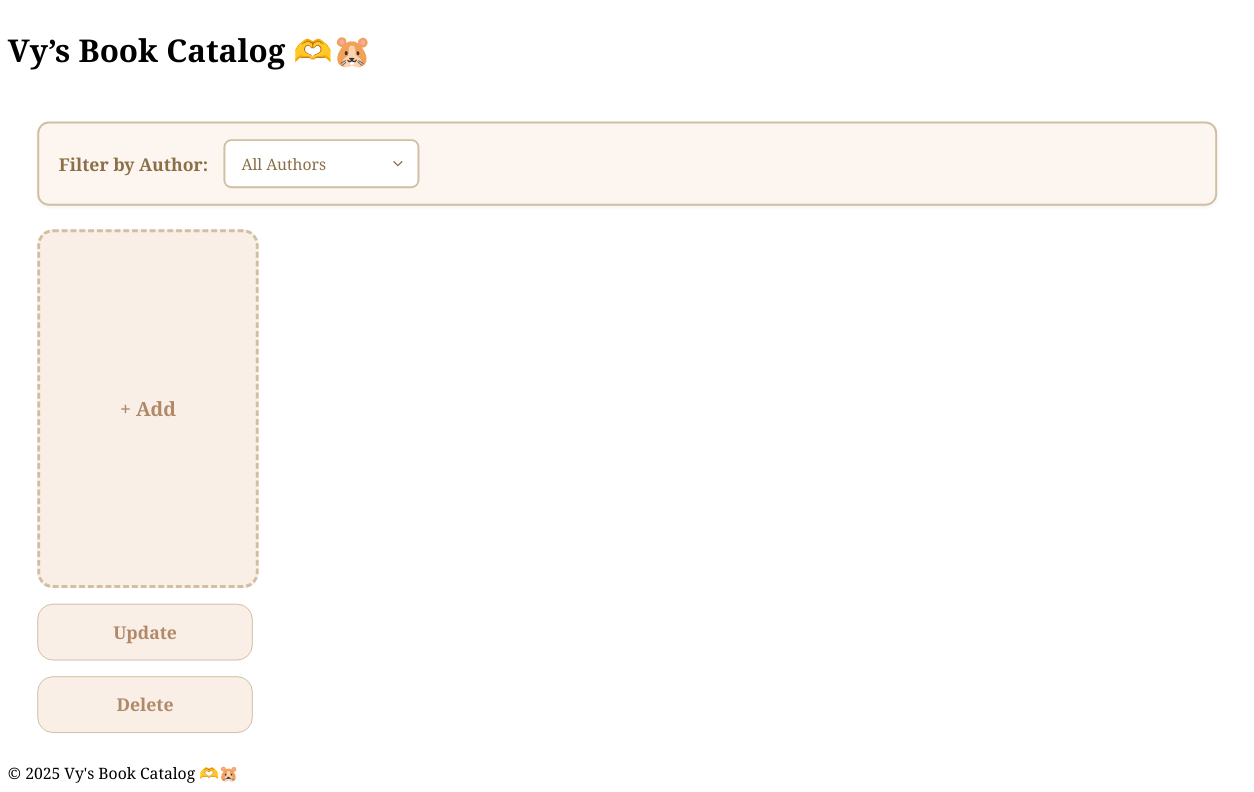
Repository: CucVyTrinh/book-catalog-v6
Page: /
These files come from the project's save history. The page is drawn as it stood at one moment and after the next save; the edit follows.
The browser window is 1280 px wide. The pictures show the whole page, at 98% of full size.
The project was rebuilt for these pictures with package versions that can differ from the ones it lists, and the page was loaded fresh each time. Also part of the build but not shown: vite.config.js, src/index.css, src/components/Book.jsx, src/components/AddBookModal.jsx, src/components/EditBookModal.jsx.

Above is the page before, as saved 2025-10-26 22:39:36.

### index.html
<!doctype html>
<html lang="en">
  <head>
    <meta charset="UTF-8" />
    <link rel="icon" type="image/svg+xml" href="/vite.svg" />
    <meta name="viewport" content="width=device-width, initial-scale=1.0" />
    <title>book-catalog-v4</title>
  </head>
  <body>
    <div id="root"></div>
    <script type="module" src="/src/main.jsx"></script>
  </body>
</html>

### src/App.jsx
import React, { useState, useEffect } from "react";
import "./App.css";

import Header from "./components/Header";
import Footer from "./components/Footer";
import LeftColumn from "./components/LeftColumn";
import BooksGrid from "./components/BooksGrid";
import AddBookModal from "./components/AddBookModal";
import EditBookModal from "./components/EditBookModal";
import FilterSection from "./components/FilterSection";

export default function App() {
  // Start empty to meet requirement: "The app should be empty of books initially."
  const [books, setBooks] = useState([]);

  const [showModal, setShowModal] = useState(false);
  const [showEditModal, setShowEditModal] = useState(false);
  const [selectedAuthor, setSelectedAuthor] = useState("");

  // Form matches the required fields in your screenshot
  const [form, setForm] = useState({
    title: "",
    author: "",
    publisher: "",
    year: "",
    language: "",
    pages: "",
    coverUrl: "",
  });

  // Load books from localStorage on component mount
  useEffect(() => {
    const savedBooks = localStorage.getItem('books');
    if (savedBooks) {
      setBooks(JSON.parse(savedBooks));
    }
  }, []);

  // Save books to localStorage whenever books change
  useEffect(() => {
    localStorage.setItem('books', JSON.stringify(books));
  }, [books]);

  const handleSelect = (clickedBook) => {
    setBooks((prev) =>
      prev.map((b) =>
        b.title === clickedBook.title
          ? { ...b, selected: !b.selected }
          : { ...b, selected: false }
      )
    );
  };

  const handleDelete = () => {
    setBooks((prev) => prev.filter((b) => !b.selected));
  };

  const handleAddBook = (e) => {
    e.preventDefault();

    const yearNum =
      String(form.year).trim() === "" ? null : Number(String(form.year).trim());
    const pagesNum =
      String(form.pages).trim() === "" ? null : Number(String(form.pages).trim());

    const newBook = {
      title: form.title.trim(),
      author: form.author.trim(),
      publisher: form.publisher.trim(),
      year: yearNum,
      language: form.language.trim(),
      pages: pagesNum,
      coverUrl:
        form.coverUrl?.trim() || "https://via.placeholder.com/150?text=Book+Cover",
      selected: false,
    };

    setBooks((prev) => [...prev, newBook]);

    setForm({
      title: "",
      author: "",
      publisher: "",
      year: "",
      language: "",
      pages: "",
      coverUrl: "",
    });
    setShowModal(false);
  };

  const handleUpdate = () => {
    const selectedBook = books.find(book => book.selected);
    if (selectedBook) {
      setForm({
        title: selectedBook.title,
        author: selectedBook.author,
        publisher: selectedBook.publisher || "",
        year: selectedBook.year || "",
        language: selectedBook.language || "",
        pages: selectedBook.pages || "",
        coverUrl: selectedBook.coverUrl || "",
      });
      setShowEditModal(true);
    } else {
      alert("Please select a book to edit");
    }
  };

  const handleEditBook = (e) => {
    e.preventDefault();

    const yearNum =
      String(form.year).trim() === "" ? null : Number(String(form.year).trim());
    const pagesNum =
      String(form.pages).trim() === "" ? null : Number(String(form.pages).trim());

    const updatedBook = {
      title: form.title.trim(),
      author: form.author.trim(),
      publisher: form.publisher.trim(),
      year: yearNum,
      language: form.language.trim(),
      pages: pagesNum,
      coverUrl:
        form.coverUrl?.trim() || "https://via.placeholder.com/150?text=Book+Cover",
      selected: false,
    };

    setBooks((prev) =>
      prev.map((book) => (book.selected ? updatedBook : book))
    );

    setForm({
      title: "",
      author: "",
      publisher: "",
      year: "",
      language: "",
      pages: "",
      coverUrl: "",
    });
    setShowEditModal(false);
  };

  const handleAuthorFilterChange = (author) => {
    setSelectedAuthor(author);
  };

  // Get unique authors for filter dropdown
  const authors = [...new Set(books.map(book => book.author))].sort();

  // Filter books based on selected author
  const filteredBooks = selectedAuthor
    ? books.filter(book => book.author === selectedAuthor)
    : books;

  return (
    <div style={{ display: "flex", flexDirection: "column", minHeight: "100vh" }}>
      <Header title="Vy’s Book Catalog 🫶🐹" />
      <main style={{ flex: 1, padding: "30px" }}>
        <FilterSection
          authors={authors}
          selectedAuthor={selectedAuthor}
          onAuthorFilterChange={handleAuthorFilterChange}
        />
        <div className="main-layout">
          <LeftColumn
            onOpenAdd={() => setShowModal(true)}
            onUpdate={handleUpdate}
            onDelete={handleDelete}
          />
          <BooksGrid books={filteredBooks} onSelect={handleSelect} />
        </div>
      </main>
      <Footer />

      <AddBookModal
        open={showModal}
        form={form}
        setForm={setForm}
        onClose={() => setShowModal(false)}
        onSubmit={handleAddBook}
      />

      <EditBookModal
        open={showEditModal}
        form={form}
        setForm={setForm}
        onClose={() => setShowEditModal(false)}
        onSubmit={handleEditBook}
      />
    </div>
  );
}

### src/App.css
/* ===== Global Font ===== */
* {
    font-family: 'Georgia', 'Times New Roman', serif;
}

/* ===== Filter Section Horizontal ===== */
.filter-section-horizontal {
    display: flex;
    align-items: center;
    gap: 16px;
    margin-bottom: 24px;
    padding: 16px 20px;
    background: #fdf6f0;
    border-radius: 12px;
    border: 2px solid #d0bfa2;
    box-shadow: 0 2px 4px rgba(0, 0, 0, 0.05);
}

.filter-label-horizontal {
    font-size: 18px;
    font-weight: bold;
    color: #8b6f47;
    margin: 0;
    white-space: nowrap;
}

.filter-dropdown-horizontal {
    padding: 12px 16px;
    font-size: 16px;
    border-radius: 8px;
    border: 2px solid #d0bfa2;
    background: #fff;
    color: #8b6f47;
    cursor: pointer;
    transition: all 0.2s ease;
    appearance: none;
    background-image: url("data:[embedded picture, 255 characters]");
    background-repeat: no-repeat;
    background-position: right 12px center;
    background-size: 16px;
    padding-right: 40px;
    min-width: 200px;
}

.filter-dropdown-horizontal:hover {
    border-color: #b08968;
    background-color: #f9efe7;
}

.filter-dropdown-horizontal:focus {
    outline: none;
    border-color: #b08968;
    box-shadow: 0 0 0 3px rgba(176, 137, 104, 0.1);
}

/* ===== Main Layout ===== */
.main-layout {
    display: grid;
    grid-template-columns: 250px 1fr;
    gap: 20px;
    align-items: start;
}

/* ===== Books Grid ===== */
.books-grid {
    display: grid;
    grid-template-columns: repeat(auto-fit, minmax(250px, 1fr));
    gap: 16px;
    justify-items: start;
    align-items: start;
    margin-top: 0;
}

/* ===== Add Button ===== */
.add-button {
    display: flex;
    justify-content: center;
    align-items: center;
    border: 3px dashed #d0bfa2;
    background: #f9efe7;
    color: #b08968;
    font-size: 20px;
    font-weight: bold;
    height: 360px;
    width: 220px;
    /* match book card width */
    border-radius: 16px;
    cursor: pointer;
    transition: transform 0.2s ease, background 0.2s ease;
}

.add-button:hover {
    transform: scale(1.05);
    background: #f0e3d9;
}

/* ===== Left Column Buttons ===== */
.left-column {
    display: flex;
    flex-direction: column;
    gap: 16px;
    /* spacing between buttons */
    align-items: flex-start;
}

/* ===== Filter Section ===== */
.filter-section {
    width: 220px;
    margin-bottom: 8px;
}

.filter-label {
    display: block;
    margin-bottom: 8px;
    font-weight: bold;
    color: #8b6f47;
    font-size: 14px;
}

.filter-dropdown {
    width: 100%;
    padding: 12px;
    font-size: 14px;
    border-radius: 12px;
    border: 2px solid #d0bfa2;
    background: #fdf6f0;
    color: #8b6f47;
    cursor: pointer;
    transition: all 0.2s ease;
    appearance: none;
    background-image: url("data:[embedded picture, 255 characters]");
    background-repeat: no-repeat;
    background-position: right 12px center;
    background-size: 16px;
    padding-right: 40px;
}

.filter-dropdown:hover {
    border-color: #b08968;
    background-color: #f9efe7;
}

.filter-dropdown:focus {
    outline: none;
    border-color: #b08968;
    box-shadow: 0 0 0 3px rgba(176, 137, 104, 0.1);
}

.left-column button {
    width: 220px;
    /* match Add button width */
    padding: 16px 0;
    font-size: 18px;
    font-weight: bold;
    border-radius: 16px;
    border: 1px solid #d0bfa2;
    background: #f9efe7;
    color: #b08968;
    cursor: pointer;
    transition: all 0.2s ease;
}

.left-column button:hover {
    background: #f0e3d9;
    color: #a46d4a;
    border-color: #b08968;
}

/* ===== Modal Overlay ===== */
.modal-overlay {
    position: fixed;
    top: 0;
    left: 0;
    right: 0;
    bottom: 0;
    background: rgba(0, 0, 0, 0.5);
    display: flex;
    justify-content: center;
    align-items: center;
    z-index: 100;
    padding: 20px;
}

/* ===== Modal Form ===== */
.modal-form {
    background: #fff;
    padding: 40px;
    border-radius: 20px;
    display: flex;
    flex-direction: column;
    gap: 18px;
    min-width: 450px;
    max-width: 90vw;
    box-shadow: 0 8px 20px rgba(0, 0, 0, 0.3);
}

.modal-form h2 {
    text-align: center;
    font-size: 28px;
    margin-bottom: 16px;
}

.modal-form input {
    padding: 12px;
    font-size: 16px;
    border-radius: 8px;
    border: 1px solid #ccc;
}

.modal-form button {
    padding: 12px;
    font-size: 18px;
    font-weight: bold;
    border-radius: 10px;
    border: none;
    background-color: #d68d5c;
    color: white;
    cursor: pointer;
    transition: all 0.2s ease;
}

.modal-form button:hover {
    background-color: #edc3a5;
}

/* ===== Book Card ===== */
.book-card {
    width: 220px;
    height: 360px;
    border-radius: 16px;
    padding: 16px;
    display: flex;
    flex-direction: column;
    justify-content: space-between;
    align-items: center;
    background: #fdf6f0;
    box-shadow: 0 4px 8px rgba(0, 0, 0, 0.08);
    position: relative;
    cursor: pointer;
    transition: all 0.2s ease;
}

.book-card.selected {
    background: #ffe0b3;
    box-shadow: 0 0 0 3px #b08968;
}

.book-card img {
    max-width: 100%;
    max-height: 140px;
    object-fit: contain;
}

.book-card h3 {
    font-size: 16px;
    font-weight: bold;
    text-align: center;
    margin: 8px 0;
}

.book-card p {
    font-size: 14px;
    color: #8b6f47;
    margin: 4px 0;
}

.book-card a {
    font-size: 13px;
    background: #b08968;
    color: white;
    padding: 6px 10px;
    border-radius: 8px;
    text-decoration: none;
}

.book-card button.remove-btn {
    position: absolute;
    top: 8px;
    right: 8px;
    background: #e74c3c;
    color: white;
    border: none;
    border-radius: 50%;
    width: 24px;
    height: 24px;
    cursor: pointer;
}

### src/components/Header.jsx
// src/components/Header.jsx
import React from "react";

export default function Header({ title }) {
  return (
    <header className="header">
      <h1 className="header-title">{title}</h1>
    </header>
  );
}

### src/components/Footer.jsx
// src/components/Footer.jsx
import React from "react";

export default function Footer() {
  return (
    <footer className="footer">
      © {new Date().getFullYear()} Vy's Book Catalog 🫶🐹
    </footer>
  );
}

### src/components/LeftColumn.jsx
// src/components/LeftColumn.jsx
import React from "react";

export default function LeftColumn({ onOpenAdd, onUpdate, onDelete }) {
  return (
    <div className="left-column">
      <div className="add-button" onClick={onOpenAdd}>+ Add</div>
      <button onClick={onUpdate}>Update</button>
      <button onClick={onDelete}>Delete</button>
    </div>
  );
}

### src/components/BooksGrid.jsx
// src/components/BooksGrid.jsx
import React from "react";
import Book from "./Book";

export default function BooksGrid({ books, onSelect }) {
  return (
    <div className="books-grid" style={{ display: "flex", flexWrap: "wrap", gap: "12px" }}>
      {books.map((book) => (
        <Book key={book.title} book={book} onSelect={onSelect} />
      ))}
    </div>
  );
}

### src/components/FilterSection.jsx
// src/components/FilterSection.jsx
import React from "react";

export default function FilterSection({ authors, selectedAuthor, onAuthorFilterChange }) {
  return (
    <div className="filter-section-horizontal">
      <label htmlFor="author-filter" className="filter-label-horizontal">
        Filter by Author:
      </label>
      <select
        id="author-filter"
        className="filter-dropdown-horizontal"
        value={selectedAuthor}
        onChange={(e) => onAuthorFilterChange(e.target.value)}
      >
        <option value="">All Authors</option>
        {authors.map((author) => (
          <option key={author} value={author}>
            {author}
          </option>
        ))}
      </select>
    </div>
  );
}

Loaded but not shown: src/main.jsx (common file)

After the next save:
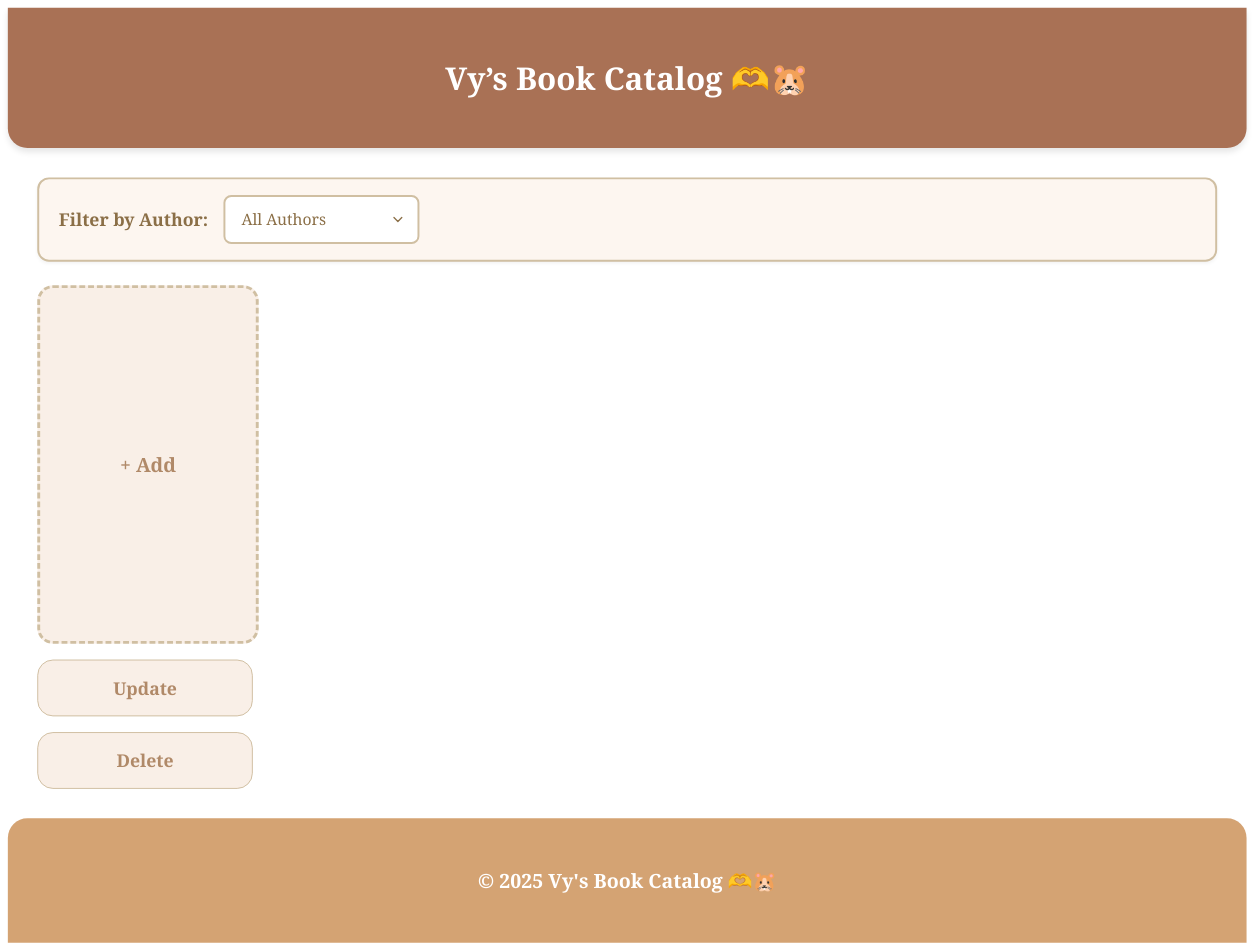
Saved 4 s later.
--- a/src/App.css
+++ b/src/App.css
@@ -1,6 +1,36 @@
 /* ===== Global Font ===== */
 * {
     font-family: 'Georgia', 'Times New Roman', serif;
+}
+
+/* ===== Header ===== */
+.header {
+    padding: 50px;
+    background: #a97155;
+    color: white;
+    text-align: center;
+    border-bottom-left-radius: 20px;
+    border-bottom-right-radius: 20px;
+    box-shadow: 0 4px 6px rgba(0,0,0,0.1);
+}
+
+.header-title {
+    margin: 0;
+    font-size: 32px;
+    font-weight: bold;
+}
+
+/* ===== Footer ===== */
+.footer {
+    text-align: center;
+    padding: 50px;
+    font-size: 20px;
+    background: #d4a373;
+    color: #fff;
+    border-top-left-radius: 20px;
+    border-top-right-radius: 20px;
+    margin-top: auto;
+    font-weight: bold;
 }
 
 /* ===== Filter Section Horizontal ===== */
